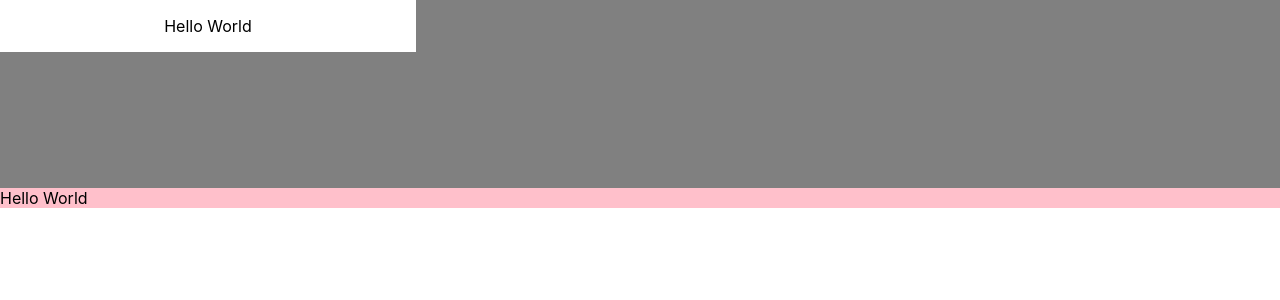
Repository: roistyx/react
Page: /components (app in layouts-app/)
These files come from the project's save history. The page is drawn as it stood at one moment and after the next save; the edit follows.
The browser window is 1280 px wide. The pictures show the whole page.
The project was rebuilt for these pictures with package versions that can differ from the ones it lists, and the page was loaded fresh each time. Also part of the build but not shown: layouts-app/src/layouts/Line.css, layouts-app/src/layouts/Line.js, layouts-app/src/elements/Btn.css, layouts-app/src/elements/Btn.js, layouts-app/src/elements/TextField.css, layouts-app/src/elements/TextField.js, layouts-app/src/components/Cards/BasicCard.css, layouts-app/src/layouts/Layouts.js.

Above is the page before, as saved 2023-05-03 10:09:09.

After the next save:
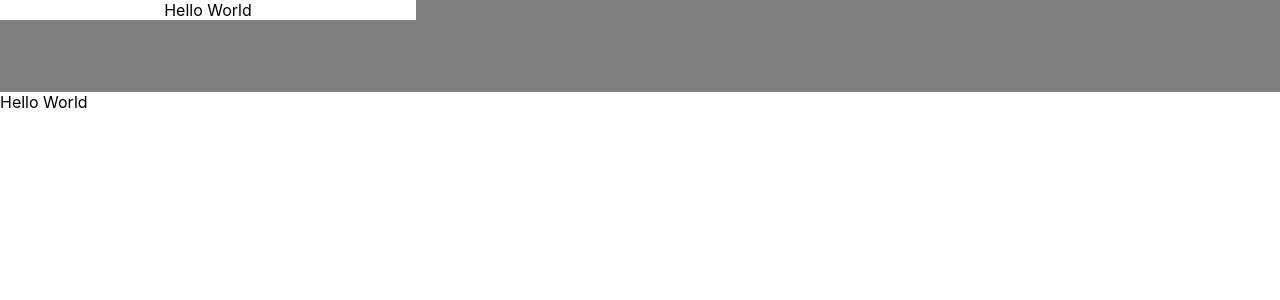
Saved 66 s later.
--- a/layouts-app/src/components/Cards/BasicCard.js
+++ b/layouts-app/src/components/Cards/BasicCard.js
@@ -19,9 +19,9 @@ const BasicCard = ({
 	};
 
 	return (
-		<Box bgColor="pink">
-			<div style={style}>{children}Hello World</div>
-		</Box>
+		// <Box bgColor="pink">
+		<div style={style}>{children}Hello World</div>
+		// </Box>
 	);
 };
 
